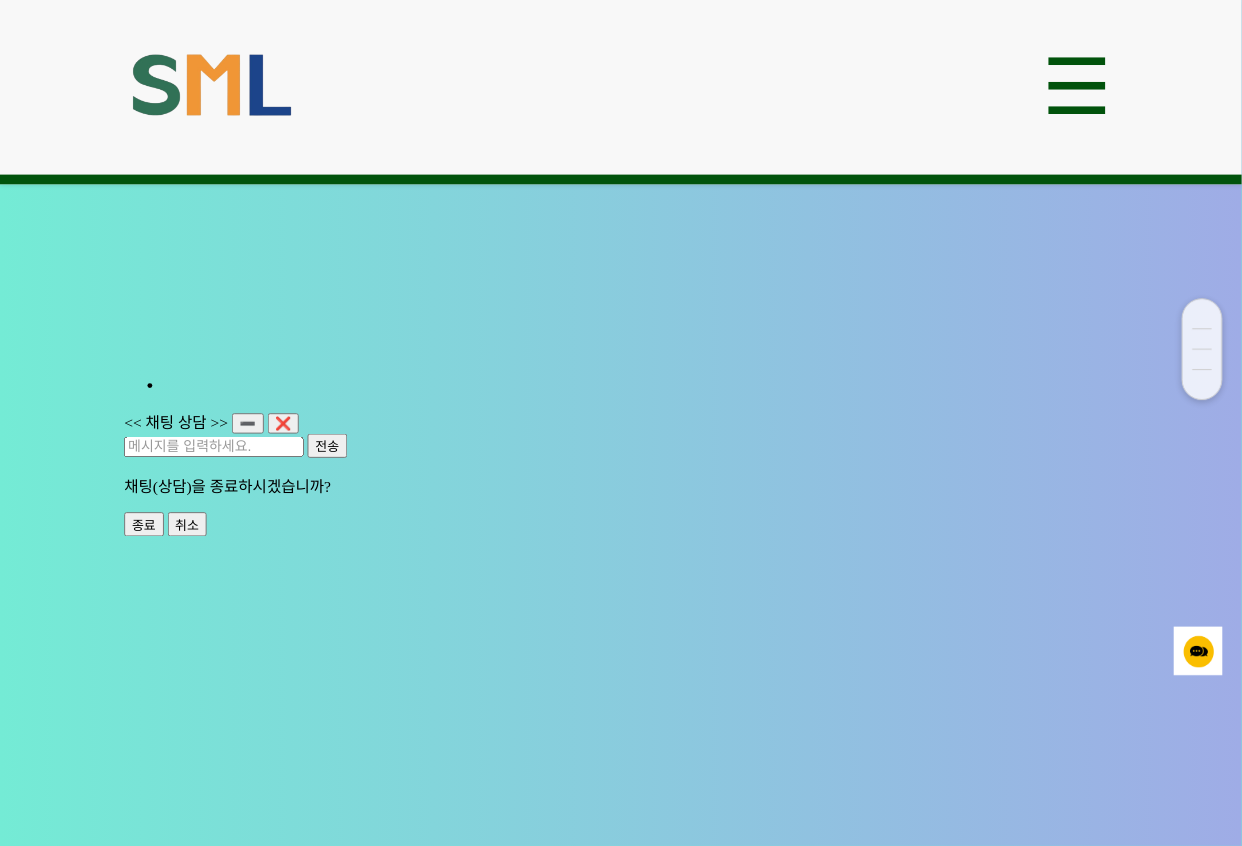
Repository: SML-SpringInMyLife/SML
Page: http://localhost/SML/WEB-INF/views/admin/talk.jsp
An editor plug-in stored every save of this project. The page is shown before and after the next save, followed by the edit.
The browser window is 1280 px wide. The pictures show the whole page, at 97% of full size.
Some icons come from a web library that is not loaded, so they are not drawn. Some web fonts or font styles are not loaded; a fallback is used. The page is served by Tomcat 9. Nobody is signed in. Other server files are loaded and not shown. The template is opened directly, without the code that normally fills it, so the values that code supplies are empty.

Above is the page before, as saved 2024-07-30 02:56:21.
Console error: SyntaxError: Identifier 'hamburger' has already been declared

### SML/src/main/webapp/WEB-INF/views/admin/talk.jsp
<%@ page language="java" contentType="text/html; charset=UTF-8"
	pageEncoding="UTF-8"%>
<%@ taglib uri="http://java.sun.com/jsp/jstl/core" prefix="c"%>
<!DOCTYPE html>
<html lang="ko">
<head>
<meta charset="UTF-8">
<meta name="viewport" content="width=device-width, initial-scale=1.0">
<title>Header</title>

<!-- 공통 스타일 시트 -->
<link rel="stylesheet"
	href="${webappRoot}/resources/css/common/common.css">
<!-- 채팅 스타일 시트 -->
<link rel="stylesheet" type="text/css"
	href="${webappRoot}/resources/css/talk.css">
<!-- 아이콘 -->
<link rel='stylesheet'
	href='https://cdn-uicons.flaticon.com/2.5.1/uicons-bold-rounded/css/uicons-bold-rounded.css'>
<script src="https://code.jquery.com/jquery-3.6.0.min.js"></script>
<script
	src="https://ajax.googleapis.com/ajax/libs/jquery/3.5.1/jquery.min.js"></script>
<script type="text/javascript">
	function play() {
		var audio = document.getElementById('audio_play');
		if (audio.paused) {
			audio.play();
		} else {
			audio.pause();
			audio.currentTime = 0;
		}
	}
</script>
</head>
<body>
	<!-- 헤더 영역 포함 -->
	<jsp:include page="/WEB-INF/views/common/header.jsp" />

	<!-- 해당 페이지의 메인내용을 여기에 작성하세요. -->
	<main>

		<!-- 채팅 아이콘 -->
		<div class="chatIcon font_jua">
			<img src="${webappRoot}/resources/images/chat-icon.png"
				class="iconImg" alt="Chat Icon">
		</div>

		<!-- 채팅창 -->
		<div class="chatContainer display-none">
			<div class="chatTop">
				<div class="floatLeft" id="loginOn">
					<img class="profile_img" id="setPic" alt="Profile Picture">
				</div>
				<div class="name_container font_noto" id="setName"></div>
				<div class="floatRight">
					<img src="${webappRoot}/resources/img/chat-close.png"
						class="btnImg close" alt="Close">
				</div>
				<div class="floatRight">
					<img src="${webappRoot}/resources/img/chat-minus.png"
						class="btnImg down" alt="Minimize">
				</div>
			</div>
			<div class="chatMiddle">
				<ul></ul>
			</div>
			<div class="chatBottom">
				<textarea placeholder="메세지를 입력해 주세요."></textarea>
			</div>
		</div>

		<!-- 포맷용 채팅 목록 -->
		<div class="chatMiddle format">
			<ul>
				<li>
					<div class="sender">
						<span></span>
					</div>
					<div class="message">
						<span></span>
					</div>
				</li>
			</ul>
		</div>

		<!-- 채팅 리스트 -->
		<div class="chatListContainer font_jua display-none">
			<div class="chatTop">
				<div style="padding: 10px; margin-left: 4px;">상담 리스트</div>
			</div>
			<div class="chatList"></div>
		</div>

		<!-- 채팅 팝업 설정 -->
		<div id="chat-container" class="hidden">
			<div id="chat-header">
				<span><< 채팅 상담 >></span>
				<button onclick="minimizeChat()">➖</button>
				<!-- 최소화 버튼 -->
				<button onclick="closeChat()">❌</button>
			</div>
			<div id="chat-box"></div>
			<div id="chat-input">
				<input type="text" id="message-input" placeholder="메시지를 입력하세요.">
				<button onclick="sendMessage()">전송</button>
			</div>
		</div>

		<div id="close-chat-modal" class="modal hidden">
			<div class="modal-content">
				<p>채팅(상담)을 종료하시겠습니까?</p>
				<button onclick="confirmCloseChat()">종료</button>
				<button onclick="cancelCloseChat()">취소</button>
			</div>
		</div>
	</main>
	<!-- 자바스크립트 코드 -->
	  <script>
        // 채팅 아이콘 클릭 시 채팅창 표시/숨기기
        $(document).on("click", ".chatIcon", function() {
            if ($('.chatContainer').hasClass("display-none")) {
                $('.chatListContainer').toggleClass('display-none');
            } else {
                $('.chatContainer').toggleClass('display-none');
                websocket.close();
            }
            if (!$('.chatListContainer').hasClass('display-none')) {
                getRoomList();
            }
        });

        // 채팅창 닫기 버튼 클릭 시 채팅창 숨기기
        $(document).on("click", "img.close", function() {
            $('.chatContainer').toggleClass('display-none');
            websocket.close();
        });

        // 채팅창 최소화 버튼 클릭 시 채팅창과 리스트 숨기기
        $(document).on("click", "img.down", function() {
            $('.chatContainer').toggleClass('display-none');
            $('.chatListContainer').toggleClass('display-none');
            websocket.close();
        });
        <%--
        // 전체 읽지 않은 메시지 수
        let countAll = 0;

        // 채팅방 리스트 가져오기
        function getRoomList() {
            $.ajax({
                url: "chatRoomList.do",
                data: { userEmail: "${sessionScope.member.memEmail}" },
                dataType: "json",
                async: false,
                success: function(data) {
                    let loginList = "";

                    $.ajax({
                        url: "chatSession.do",
                        data: {},
                        async: false,
                        dataType: "json",
                        success: function(data) {
                            for (var i = 0; i < data.length; i++) {
                                loginList += data[i];
                            }
                        }
                    });

                    $chatWrap = $(".chatList");
                    $chatWrap.html("");

                    if (data.length > 0) {
                        countAll = 0;
                        for (var i in data) {
                            let $div, $img, $divs, $span;

                            if (data[i].userEmail == "${sessionScope.member.memEmail}") {
                                if (loginList.indexOf(data[i].masterEmail) != -1) {
                                    $div = $("<div class='chatList_box enterRoomList'>").attr("id", data[i].roomId).attr("email", data[i].masterEmail);
                                } else {
                                    $div = $("<div class='chatList_box2 enterRoomList'>").attr("id", data[i].roomId).attr("email", data[i].masterEmail);
                                }
                                $img = $("<img class='profile_img'>").attr("src", "${webappRoot}/resources/masterImg/" + data[i].masterPic);
                                $divs = $("<div class='userNameId'>").text(data[i].masterName);
                            } else {
                                if (loginList.indexOf(data[i].userEmail) != -1) {
                                    $div = $("<div class='chatList_box enterRoomList'>").attr("id", data[i].roomId).attr("email", data[i].userEmail);
                                } else {
                                    $div = $("<div class='chatList_box2 enterRoomList'>").attr("id", data[i].roomId).attr("email", data[i].userEmail);
                                }
                                $img = $("<img class='profile_img'>").attr("src", "${webappRoot}/resources/img/" + data[i].userPic);
                                $divs = $("<div class='userNameId'>").text(data[i].userName);
                            }

                            if (data[i].unReadCount != 0) {
                                $span = $("<span class='notRead'>").text(data[i].unReadCount);
                            } else {
                                $span = $("<span>");
                            }

                            $div.append($img);
                            $div.append($divs);
                            $div.append($span);

                            $chatWrap.append($div);

                            countAll += parseInt(data[i].unReadCount);
                        }
                    }
                }
            });
        }

        // 페이지 로드 시 채팅 리스트 주기적으로 업데이트
        $(window).on('load', function() {
            setInterval(function() {
                getRoomList();
                if (countAll != 0) {
                    $('.chatIcon').addClass('iconBlink');
                    play();
                } else {
                    $('.chatIcon').removeClass('iconBlink');
                }
            }, 2000);
        });

        // 엔터키로 메시지 전송
        $(document).on('keydown', 'div.chatBottom textarea', function(e) {
            if (e.keyCode == 13 && !e.shiftKey) {
                e.preventDefault();
                const message = $(this).val();

                if (message.replace(/\s|  /gi, "").length == 0) {
                    return false;
                }

                sendMessage(message);
                clearTextarea();
            }
        });

        function enterRoom(obj) {
            $('div.chatMiddle:not(.format) ul').html("");
            roomId = obj.getAttribute("id");

            $.ajax({
                url: roomId + ".do",
                data: { userEmail: "${sessionScope.member.memEmail}" },
                async: false,
                dataType: "json",
                success: function(data) {
                    for (var i = 0; i < data.length; i++) {
                        CheckLR(data[i]);
                    }
                }
            });

            connect();
        }

        $(document).on("click", ".enterRoomList", function() {
            $(".chatContainer").toggleClass("display-none");
            $(this).parent().parent().toggleClass("display-none");
            $("#setName").html($(this).children('div').html());
            $("#setPic").attr("src", $(this).children('img').attr('src'));
            $('div.chatMiddle').scrollTop($('div.chatMiddle').prop('scrollHeight'));

            if ($(this).hasClass('chatList_box')) {
                $('#loginOn').addClass('profile_img_Container');
            } else {
                $('#loginOn').removeClass('profile_img_Container');
            }
        });

        let websocket;

        function connect() {
            var wsUri = "ws://${pageContext.request.serverName}:${pageContext.request.serverPort}${pageContext.request.contextPath}/websocket/echo.do";
            websocket = new WebSocket(wsUri);
            websocket.onopen = onOpen;
            websocket.onmessage = onMessage;
        }

        function onOpen() {
            const data = {
                "roomId": roomId,
                "name": "${sessionScope.member.memName}",
                "email": "${sessionScope.member.memEmail}",
                "message": "ENTER-CHAT"
            };
            let jsonData = JSON.stringify(data);
            websocket.send(jsonData);
        }

        function sendMessage(message) {
            const data = {
                "roomId": roomId,
                "name": "${sessionScope.member.memName}",
                "email": "${sessionScope.member.memEmail}",
                "message": message
            };

            CheckLR(data);

            let jsonData = JSON.stringify(data);
            websocket.send(jsonData);
        }

        function onMessage(evt) {
            let receive = evt.data.split(",");

            const data = {
                "name": receive[0],
                "email": receive[1],
                "message": receive[2]
            };

            if (data.email != "${sessionScope.member.memEmail}") {
                CheckLR(data);
            }
        }

        function CheckLR(data) {
            const LR = (data.email != "${sessionScope.member.memEmail}") ? "left" : "right";
            appendMessageTag(LR, data.email, data.message, data.name);
        }

        function appendMessageTag(LR_className, email, message, name) {
            const chatLi = createMessageTag(LR_className, email, message, name);
            $('div.chatMiddle:not(.format) ul').append(chatLi);
            $('div.chatMiddle').scrollTop($('div.chatMiddle').prop('scrollHeight'));
        }

        function createMessageTag(LR_className, email, message, name) {
            let chatLi = $('div.chatMiddle.format ul li').clone();
            chatLi.addClass(LR_className);
            chatLi.find('.sender span').text(name);
            chatLi.find('.message span').text(message);
            return chatLi;
        }

        function clearTextarea() {
            $('div.chatBottom textarea').val('');
            return false;
        }--%>
    </script>
    <audio id='audio_play' src='${webappRoot}/resources/new-message.mp3'></audio>
    <script src="${webappRoot}/resources/js/common.js"></script>
</body>
</html>

### SML/src/main/webapp/resources/css/common/common.css
@charset "UTF-8";

/* 전체 기본 폰트 설정 */
@font-face {
	font-family: 'WAGURITTF';
	src:
		url('https://fastly.jsdelivr.net/gh/projectnoonnu/2403@1.0/WAGURITTF.woff2')
		format('woff2');
	font-weight: normal;
	font-style: normal;
}

body {
	margin: 0;
	padding: 0;
	box-sizing: border-box;
}

/* 헤더(네비게이션) 영역 */
header {
	font-family: 'WAGURITTF';
	width: 100%;
	height: 180px;
	background-color: #f8f8f8;
	display: flex;
	justify-content: center;
	align-items: center;
	position: fixed; /* 위치 고정 */
	top: 0; /* 화면 상단에 위치 */
	z-index: 1000;
	box-shadow: 0 2px 5px rgba(0, 0, 0, 0.1);
	border-bottom: 10px solid #01530c;
}

.container {
	width: 80%;
	max-width: 1240px;
	display: flex;
	justify-content: space-between;
	align-items: center;
	position: relative; /* 상대적 위치 설정 (모바일 메뉴 조정용) */
}

.logo {
	width: 180px;
	height: auto;
}

.main-menu ul, .auth-menu ul {
	list-style: none;
	padding: 0;
	margin: 0;
	display: flex;
}

.main-menu li {
	margin-right: 50px;
}

.main-menu li:hover, .auth-menu li:hover, .mobile-menu li:hover {
	font-weight: 900;
}

.auth-menu li {
	margin-left: 20px;
}

.auth-menu {
	display: flex;
	align-items: right;
	position: relative; /* 상대적 위치 설정 (햄버거 메뉴 조정용) */
}

a {
	text-decoration: none;
	color: #01530c;
	font-size: 1.5em;
}

.hamburger-container {
	position: relative;
}

.hamburger {
	display: none;
	background: none;
	border: none;
	font-size: 80px; /* 폰트 크기 설정 (햄버거 아이콘 크기) */
	cursor: pointer; /* 클릭 가능한 커서 설정 */
	margin-left: 20px;
	color: #01530c;
}

.mobile-menu {
	display: none;
	position: absolute;
	top: calc(100% + 5px); /* 버튼 아래에 약간의 여백 추가 */
	right: 0; /* 버튼 오른쪽 끝에 위치 */
	width: 150px;
	background-color: #f8f8f8;
	box-shadow: 0 2px 5px rgba(0, 0, 0, 0.1);
	z-index: 999; /* 햄버거 버튼보다 뒤에 위치하도록 설정 */
	border: 1px solid #ddd;
}

.mobile-menu ul {
	list-style: none;
	padding: 20px;
	margin: 0;
}

.mobile-menu li {
	margin-bottom: 10px;
}

/* 화면 너비가 1400px 이하일 때, 네비게이션 메뉴 비활성화, 햄버거 버튼 및 메뉴 팝업 활성화 */
@media ( max-width : 1400px) {
	.main-menu, .auth-menu {
		display: none; /* 메인 메뉴와 인증 메뉴 숨기기 */
	}
	.hamburger {
		display: block; /* 햄버거 버튼 표시 */
	}
}

.main-container {
	position: relative; /* 상대적 위치 설정 */
	height: 100vh; /* 전체 뷰포트 높이 */
	margin-top: 190px; /* 헤더 높이만큼 여백 추가 */
	background-image: url('/resources/images/mainPage.jpg');
	background-repeat: no-repeat;
	background-size: cover;
	background-position: center;
	display: flex;
	justify-content: center;
	align-items: center;
	overflow: hidden; /* 컨테이너의 오버플로우 방지 */
}

.main-container::before {
	content: ""; /* 가상 요소에 내용 없음 */
	position: absolute; /* 절대 위치 설정 */
	top: 0;
	left: 0;
	right: 0;
	bottom: 0;
	background: rgba(0, 0, 0, 0.5); /* 50% 투명도의 검정색 오버레이 */
	pointer-events: none; /* 오버레이 아래의 요소와 상호작용 가능 */
	z-index: 1; /* 텍스트 위에 위치하도록 설정 */
}

.main-text {
	position: relative; /* 오버레이 위에 위치하도록 설정 */
	z-index: 2;
	color: white; /* 흰색 텍스트 색상 */
	font-size: 3em;
	text-align: center; /* 텍스트 수평 중앙 정렬 */
	line-height: 1.2; /* 텍스트 가독성을 위한 줄 높이 조정 */
}

/* 퀵 메뉴 */
#quick-menu {
	position: fixed;
    right: 20px;
    top: 50%;
    transform: translateY(-50%);
    display: flex;
    flex-direction: column;
    gap: 0;
    background: rgba(255, 255, 255, 0.8);
    border: 1px solid #ccc;
    border-radius: 50px;
    box-shadow: 0 2px 8px rgba(0, 0, 0, 0.2);
    padding: 10px;
	z-index:1000;
}

#quick-menu button {
    padding: 10px;
    font-size: 32px;
    cursor: pointer;
    background: transparent;
    border: none;
    border-bottom: 1px solid #ccc;
}

#quick-menu button:last-child {
    border-bottom: none;
}

#quick-menu button:hover {
    background-color: rgba(0, 0, 0, 0.1);
}


/* 페이지 본문 전체 영역 */
main {
	width: 80%;
	max-width: 1240px;
	margin: 0 auto;
	margin-top: 190px;
	padding-top: 50px;
	flex: 1;
	min-height: 500px;
}

/* 푸터 영역 */
footer {
	margin: 0;
	width: 100%;
	height: 130px;
	background-color: #e5e5e5;
	box-shadow: 0 -2px 5px rgba(0, 0, 0, 0.1);
	padding: 20px 0;
	position: relative;
}

.footer-container {
	width: 80%;
	max-width: 1240px;
	display: flex;
	justify-content: space-between;
	align-items: center;
	margin: 0 auto;
}

.footer-left {
	display: flex;
	align-items: center;
}

.footer-logo {
	width: 100px;
	height: auto;
	margin-right: 20px;
}

.footer-menu ul {
	list-style: none;
	padding: 0;
	margin: 0;
	display: flex;
}

.footer-menu li {
	margin-right: 20px;
}

.footer-menu li:last-child {
	margin-right: 0;
}

.footer-menu a {
	text-decoration: none;
	color: #01530c;
	font-size: 16px;
}

.footer-left p {
	color: #01530c;
	font-size: 16px;
}

/* 반응형 디자인: 화면 너비가 1400px 이하일 때 */
@media ( max-width : 1400px) {
	.footer-container {
		flex-direction: column; /* 열 방향으로 레이아웃 설정 */
		align-items: flex-start; /* 왼쪽 정렬 */
	}
	.footer-menu ul {
		flex-direction: column;
		align-items: flex-start;
	}
	.footer-menu li {
		margin-bottom: 10px;
	}
	.footer-menu li:last-child {
		margin-bottom: 0;
	}
}

### SML/src/main/webapp/resources/css/admin/talk.css
/*
*
* ==========================================
* FOR DEMO PURPOSES
* ==========================================
*
*/
body {
  background-color: #74EBD5;
  background-image: linear-gradient(90deg, #74EBD5 0%, #9FACE6 100%);
  min-height: 100vh;
}

#loginContainer {
  text-align: center;
}

::-webkit-scrollbar {
  width: 5px;
}

::-webkit-scrollbar-track {
  background: #f5f5f5;
}

::-webkit-scrollbar-thumb {
  background-color: #ddd;
  border-radius: 1rem;
}

.text-small {
  font-size: 0.9rem;
}

.messages-box,
.chat-box {
  height: 510px;
  overflow-y: scroll;
}

.rounded-lg {
  border-radius: 0.5rem;
}

input::placeholder {
  font-size: 0.9rem;
  color: #999;
}

.aop:hover {
  cursor: pointer;
}

.temp {
  color: red !important;
}

.divTest {
  border: 1px solid black;
}

/* Chat icon blinking effect */
.iconBlink {
  animation: blink 1s infinite;
}

@keyframes blink {
  0% { opacity: 1; }
  50% { opacity: 0; }
  100% { opacity: 1; }
}

/* Additional styles */
.chatIcon {
  position: fixed;
  bottom: 20px;
  right: 20px;
  cursor: pointer;
}

.iconImg {
  width: 50px;
  height: 50px;
}

/* Display none class */
.display-none {
  display: none;
}

.chatContainer {
  position: fixed;
  bottom: 0;
  right: 0;
  width: 300px;
  height: 500px;
  background-color: white;
  border: 1px solid #ddd;
  border-radius: 0.5rem;
  box-shadow: 0 0 10px rgba(0, 0, 0, 0.1);
}

.chatTop, .chatBottom {
  padding: 10px;
  background-color: #f1f1f1;
}

.chatMiddle {
  height: calc(100% - 80px);
  overflow-y: auto;
}

.chatListContainer {
  position: fixed;
  bottom: 0;
  right: 0;
  width: 300px;
  height: 500px;
  background-color: white;
  border: 1px solid #ddd;
  border-radius: 0.5rem;
  box-shadow: 0 0 10px rgba(0, 0, 0, 0.1);
}

.chatList {
  padding: 10px;
}

/* Chat List Box Styles */
.chatList_box, .chatList_box2 {
  display: flex;
  align-items: center;
  padding: 10px;
  border-bottom: 1px solid #ddd;
  cursor: pointer;
}

.chatList_box2 {
  background-color: #f9f9f9;
}

.profile_img {
  width: 40px;
  height: 40px;
  border-radius: 50%;
  margin-right: 10px;
}

.userNameId {
  flex: 1;
}

.notRead {
  background-color: red;
  color: white;
  padding: 2px 5px;
  border-radius: 50%;
  font-size: 0.8rem;
  margin-left: 10px;
}

.floatLeft, .floatRight {
  float: left;
}

Loaded but not shown: SML/src/main/webapp/resources/js/common.js (34 lines, source omitted); SML/src/main/webapp/WEB-INF/views/common/header.jsp (162 lines, source omitted)

After the next save:
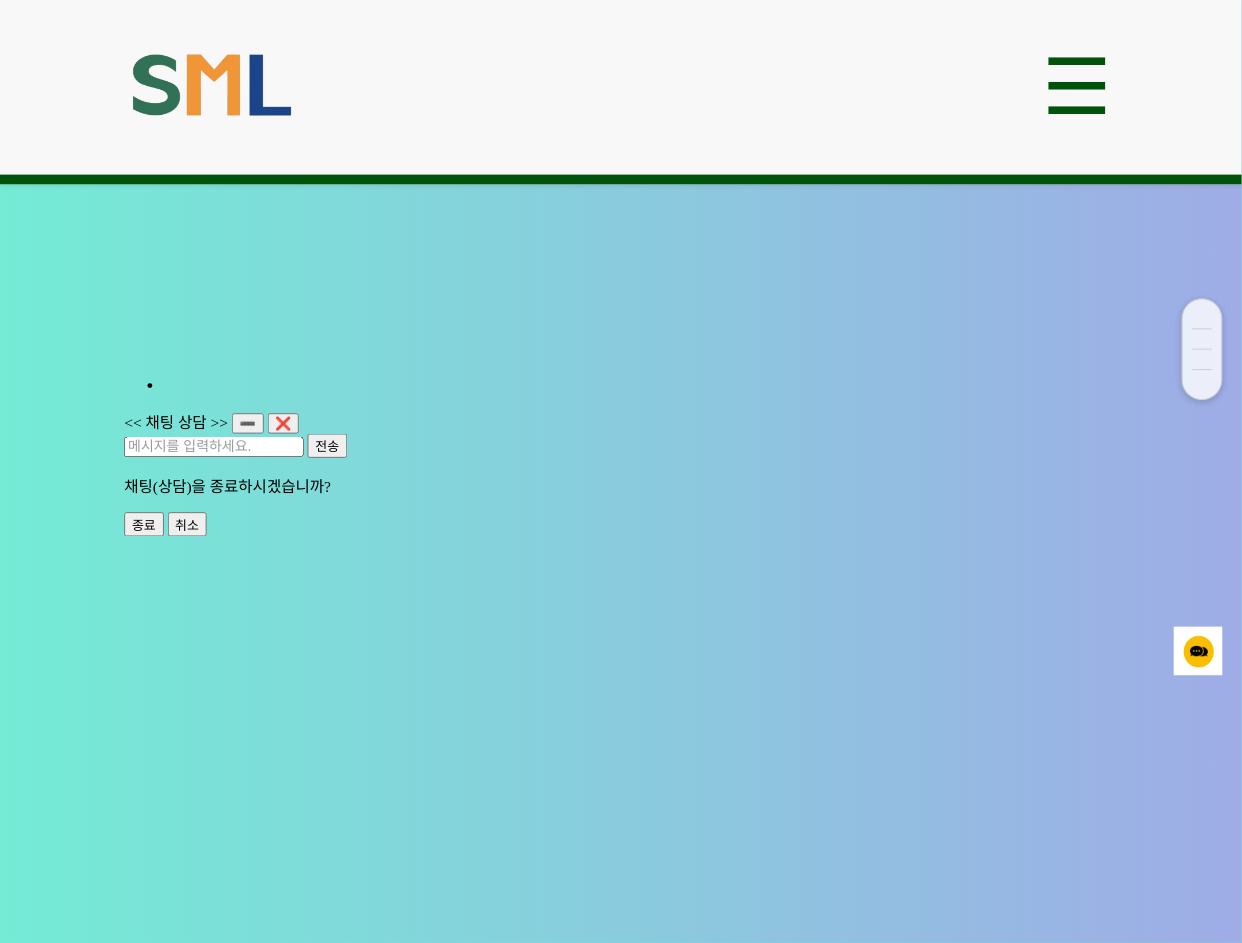
Saved 32 min 55 s later.
--- a/SML/src/main/webapp/resources/css/common/common.css
+++ b/SML/src/main/webapp/resources/css/common/common.css
@@ -201,7 +201,7 @@
 	margin-top: 190px;
 	padding-top: 50px;
 	flex: 1;
-	min-height: 500px;
+	min-height: 600px;
 }
 
 /* 푸터 영역 */

After the save that followed:
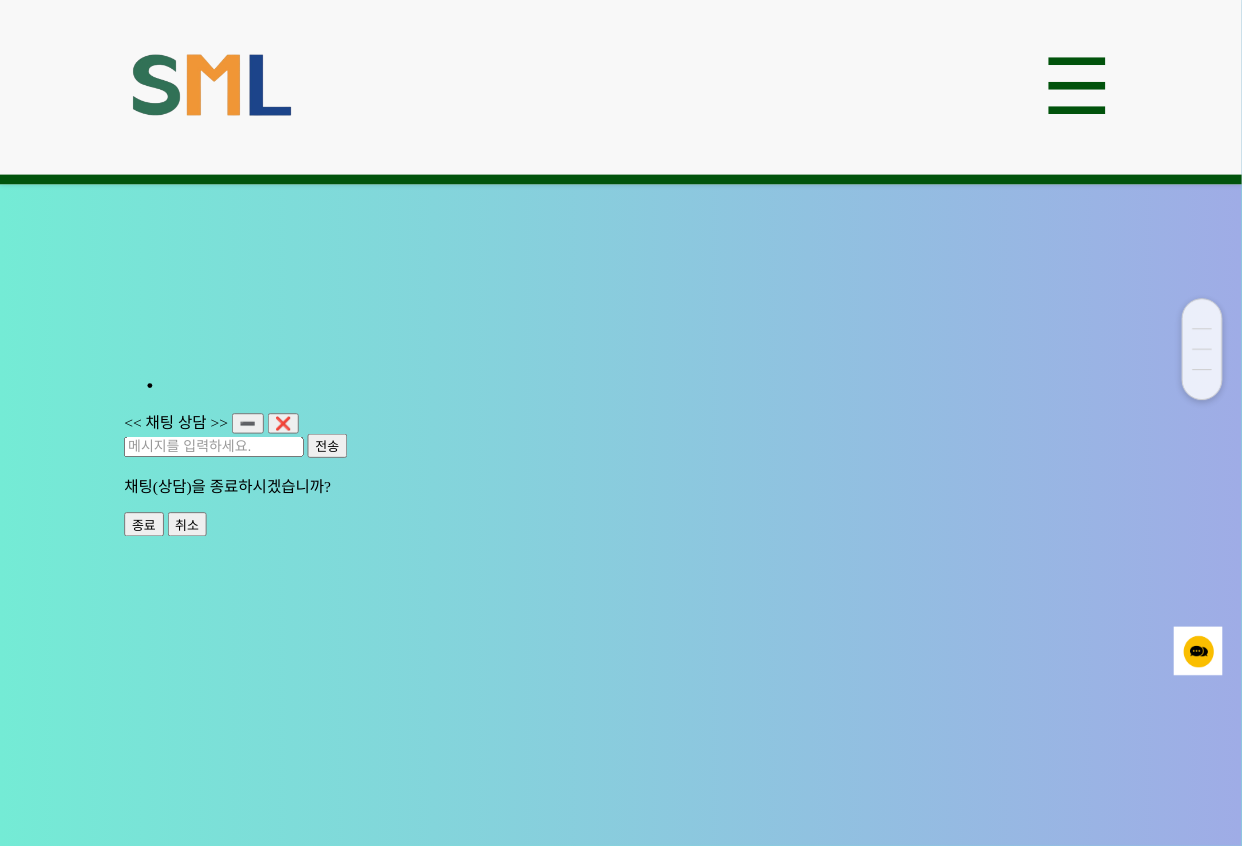
Saved 3 min 23 s later.
--- a/SML/src/main/webapp/resources/css/common/common.css
+++ b/SML/src/main/webapp/resources/css/common/common.css
@@ -201,7 +201,7 @@
 	margin-top: 190px;
 	padding-top: 50px;
 	flex: 1;
-	min-height: 600px;
+	min-height: 500px;
 }
 
 /* 푸터 영역 */
